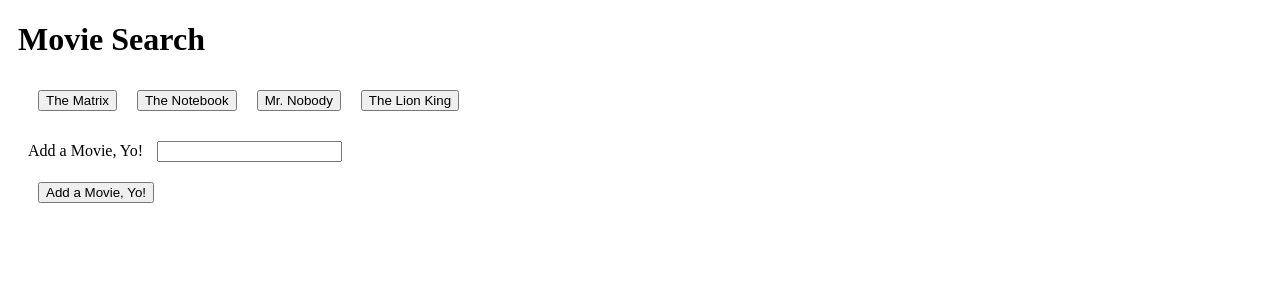
Repository: pnguyen6910/movieapp
Page: movie-button-layout-harder.html
These files come from the project's save history. The page is drawn as it stood at one moment and after the next save; the edit follows.
The browser window is 1280 px wide. The pictures show the whole page.
Some web libraries are served in a nearby version.

Above is the page before, as saved 2020-12-08 20:43:04.

### movie-button-layout-harder.html
<!DOCTYPE html>
<html lang="en">

<head>
  <meta charset="utf-8">
  <title>Favorite Movies</title>
  <style type="text/css">
    button,
    div,
    form,
    input {
      margin: 10px;
    }
  </style>
</head>

<body>

  <div class="container">
    <h1>Movie Search</h1>

    <!-- Movie Buttons will get dumped here -->
    <div id="buttons-view"></div>

    <form id="movie-form">
      <label for="movie-input">Add a Movie, Yo!</label>
      <input type="text" id="movie-input"><br>

      <!-- Button triggers new movie to be added -->
      <input id="add-movie" type="submit" value="Add a Movie, Yo!">
    </form>
    <script src="https://cdnjs.cloudflare.com/ajax/libs/jquery/3.2.1/jquery.min.js"></script>
    <script type="text/javascript">
      // Initial array of movies
      var movies = ["The Matrix", "The Notebook", "Mr. Nobody", "The Lion King"];

      // Function for displaying movie data
      function renderButtons() {
        for (var i = 0; i < movies.length; i++){
        $("#buttons-view").append('<button>' + movies[i] + '</button>')
      }
      }

        console.log(movies)
        // YOUR CODE GOES HERE



      // This function handles events where one button is clicked
      $("#add-movie").on("click", function() {

        // YOUR CODE GOES HERE

      });

      // Calling the renderButtons function to display the initial list of movies
      renderButtons();
    </script>
  </div>
</body>

</html>

After the next save:
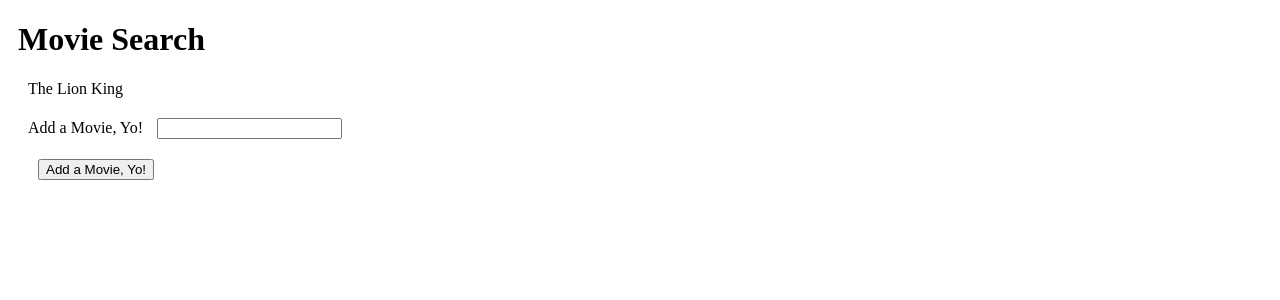
Saved 10 min 57 s later.
--- a/movie-button-layout-harder.html
+++ b/movie-button-layout-harder.html
@@ -29,33 +29,33 @@
       <!-- Button triggers new movie to be added -->
       <input id="add-movie" type="submit" value="Add a Movie, Yo!">
     </form>
-    <script src="https://cdnjs.cloudflare.com/ajax/libs/jquery/3.2.1/jquery.min.js"></script>
-    <script type="text/javascript">
-      // Initial array of movies
-      var movies = ["The Matrix", "The Notebook", "Mr. Nobody", "The Lion King"];
+<script src="https://cdnjs.cloudflare.com/ajax/libs/jquery/3.2.1/jquery.min.js"></script>
+<script type="text/javascript">
+  // Initial array of movies
+  var movies = ["The Matrix", "The Notebook", "Mr. Nobody", "The Lion King"];
+  var buttonsView = $("#buttons-view")
+  // Function for displaying movie data
+  function renderButtons() {
+    for (var i = 0; i < movies.length; i++){
+    $("#buttons-view").append('<button>').text(movies[i])
+    }
+  }
 
-      // Function for displaying movie data
-      function renderButtons() {
-        for (var i = 0; i < movies.length; i++){
-        $("#buttons-view").append('<button>' + movies[i] + '</button>')
-      }
-      }
-
-        console.log(movies)
-        // YOUR CODE GOES HERE
+    console.log(movies)
+    // YOUR CODE GOES HERE
 
 
 
-      // This function handles events where one button is clicked
-      $("#add-movie").on("click", function() {
+  // This function handles events where one button is clicked
+  $("#add-movie").on("click", function() {
 
-        // YOUR CODE GOES HERE
+    // YOUR CODE GOES HERE
 
-      });
+  });
 
-      // Calling the renderButtons function to display the initial list of movies
-      renderButtons();
-    </script>
+  // Calling the renderButtons function to display the initial list of movies
+  renderButtons();
+</script>
   </div>
 </body>
 

After the 4 saves that followed:
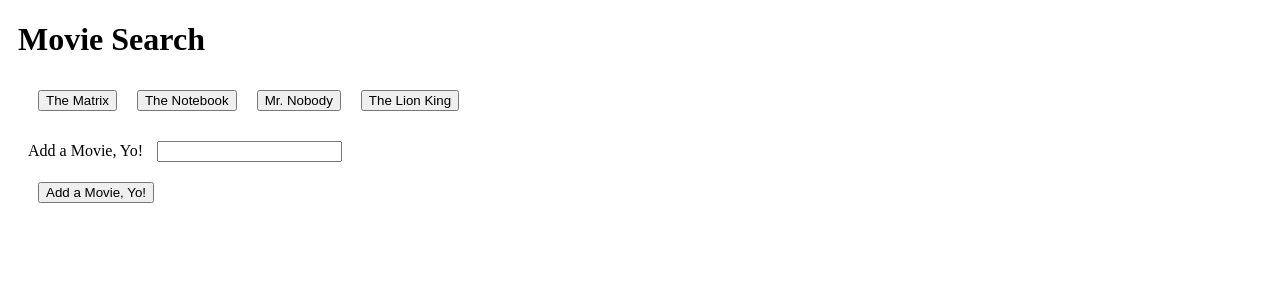
The 4 saves are shown as one change because 3 left the picture as it was.
The last was saved 4 min 37 s later.
--- a/movie-button-layout-harder.html
+++ b/movie-button-layout-harder.html
@@ -34,10 +34,16 @@
   // Initial array of movies
   var movies = ["The Matrix", "The Notebook", "Mr. Nobody", "The Lion King"];
   var buttonsView = $("#buttons-view")
+  var userInput = $('#movie-input')
+
+
   // Function for displaying movie data
   function renderButtons() {
     for (var i = 0; i < movies.length; i++){
-    $("#buttons-view").append('<button>').text(movies[i])
+    var button = $("<button>").text(movies[i])
+      buttonsView.append(button)
+    // $("#buttons-view").append('<button>').text(movies[i])
+
     }
   }
 
@@ -48,6 +54,9 @@
 
   // This function handles events where one button is clicked
   $("#add-movie").on("click", function() {
+    event.preventDefault()
+    userInput.val()
+    renderButtons()
 
     // YOUR CODE GOES HERE
 
